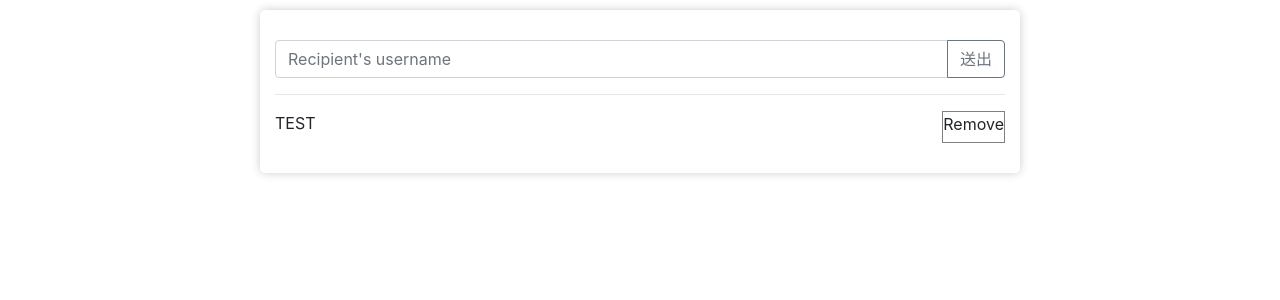
Repository: iian0910/vue3_todoList
Page: /
The author's editor kept a copy of each file at every save. The page is drawn from the files as they stood at one save, then again after the next save.
The browser window is 1280 px wide. The pictures show the whole page.
The project was rebuilt for these pictures with package versions that can differ from the ones it lists, and the page was loaded fresh each time.

Above is the page before, as saved 2021-02-23 16:08:42.

After the next save:
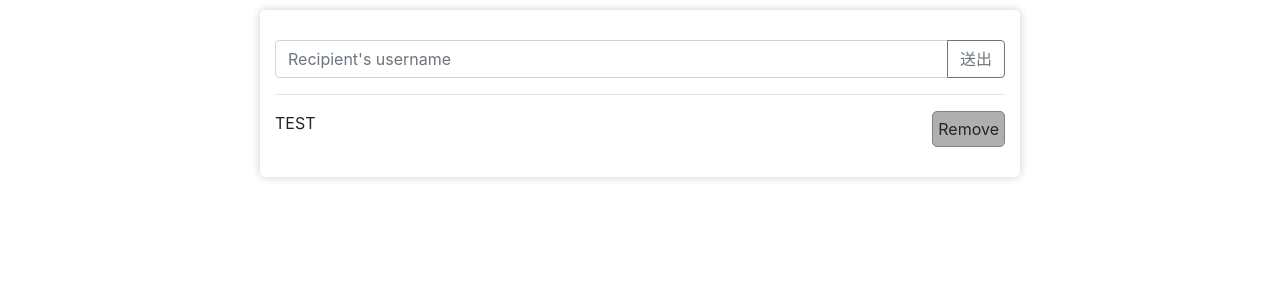
Saved 49 s later.
--- a/src/components/TodoList.vue
+++ b/src/components/TodoList.vue
@@ -90,6 +90,9 @@ export default defineComponent({
   list-style: none;
 }
 .remove-list{
-  border: 1px solid gray;
+  padding: 5px;
+  border: 1px solid rgb(130, 130, 130);
+  border-radius: 5px;
+  background-color: rgb(175, 175, 175);
 }
 </style>
